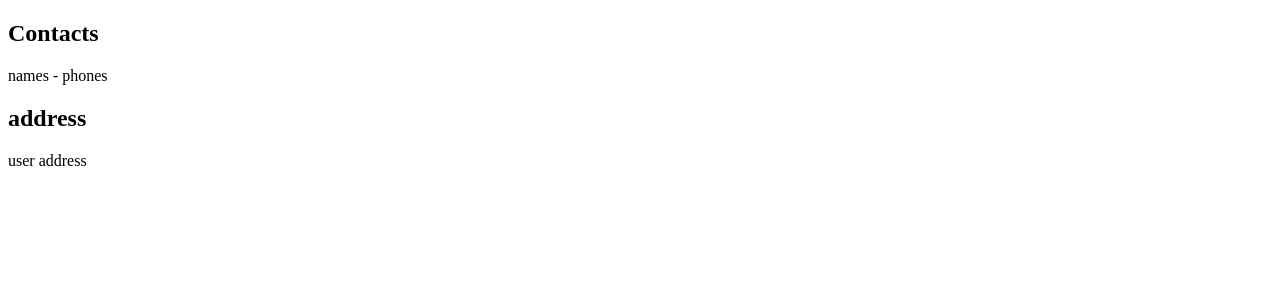
Repository: NagarjunaTubati/com.student.demo
Page: sampletest/WebContent/contact.html
These files come from the project's save history. The page is drawn as it stood at one moment and after the next save; the edit follows.
The browser window is 1280 px wide. The pictures show the whole page.

Above is the page before, as saved 2015-02-11 09:25:20.

### sampletest/WebContent/contact.html
<!DOCTYPE html PUBLIC "-//W3C//DTD HTML 4.01 Transitional//EN" "http://www.w3.org/TR/html4/loose.dtd">
<html>
<head>
<meta http-equiv="Content-Type" content="text/html; charset=ISO-8859-1">
<title>Insert title here</title>
</head>
<body>
<h2>Contacts</h2>
<p> names - phones </p>
<h2>address</h2>
<p>user address</p>
</body>
</html>

After the next save:
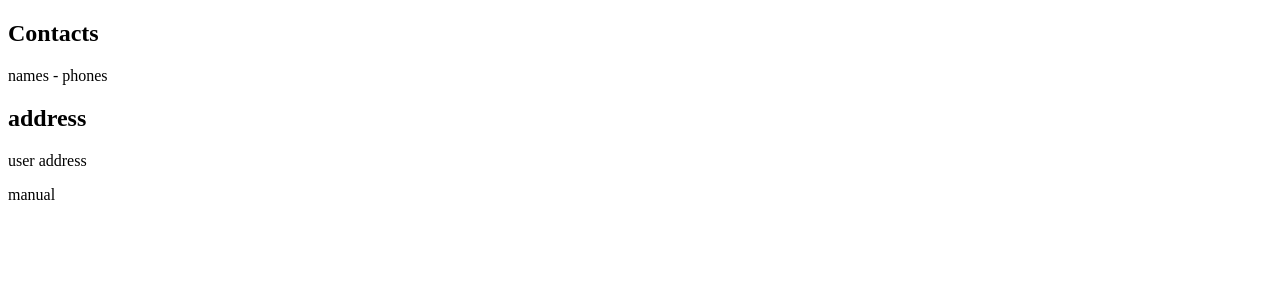
Saved 4 min 51 s later.
--- a/sampletest/WebContent/contact.html
+++ b/sampletest/WebContent/contact.html
@@ -9,5 +9,6 @@
 <p> names - phones </p>
 <h2>address</h2>
 <p>user address</p>
+<sapn>manual</sapn>
 </body>
 </html>
